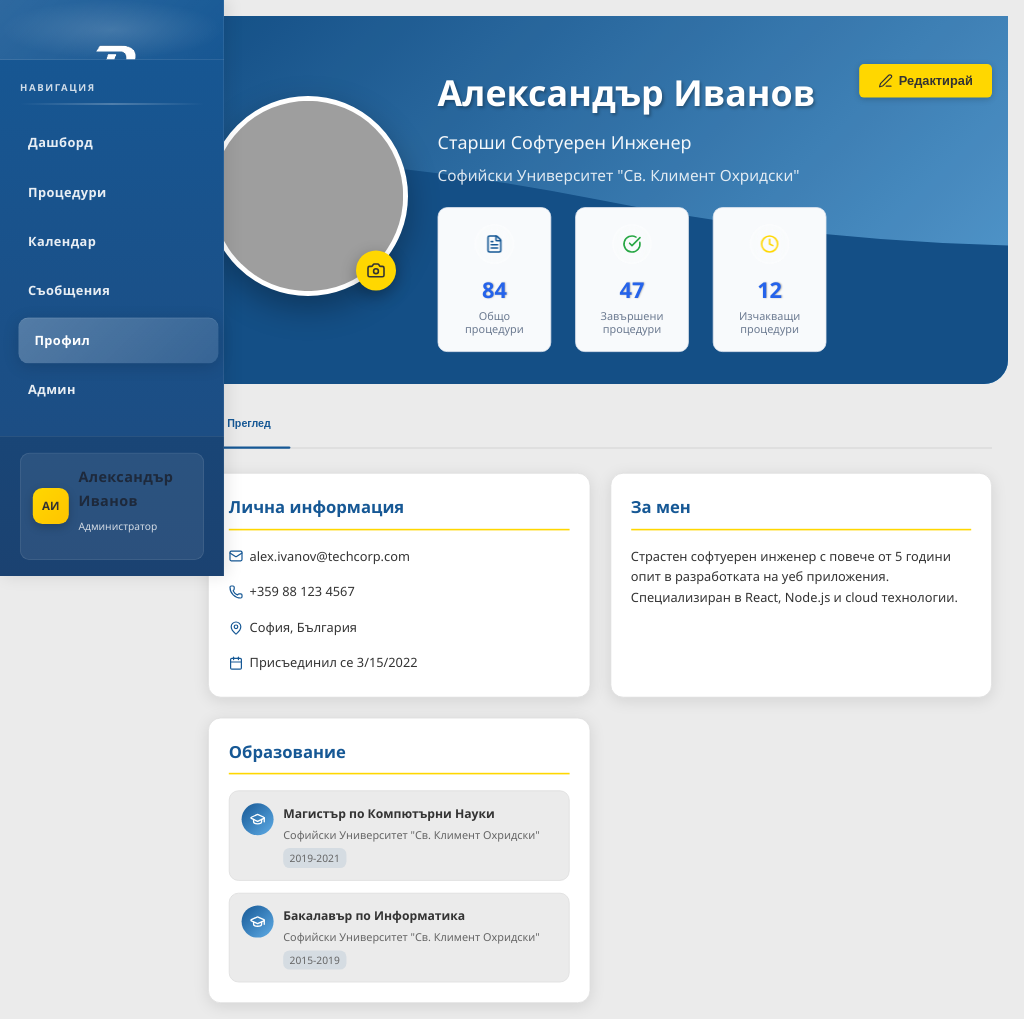
Repository: BorisSavianov/doxa-frontend
Page: /profile
The author's editor kept a copy of each file at every save. The page is drawn from the files as they stood at one save, then again after the next save.
The browser window is 1280 px wide. The pictures show the whole page, at 80% of full size.
Pictures or frames that could not be fetched are drawn as grey boxes. The project was rebuilt for these pictures with package versions that can differ from the ones it lists, and the page was loaded fresh each time. Also part of the build but not shown: vite.config.js, src/components/Layout/Header.jsx, src/pages/Dashboard.jsx, src/pages/Inbox.css, src/pages/Inbox.jsx, src/pages/Calendar.css, src/pages/Calendar.jsx, src/pages/Admin.jsx and 2 more.

Above is the page before, as saved 2025-10-24 15:12:20.

After the next save:
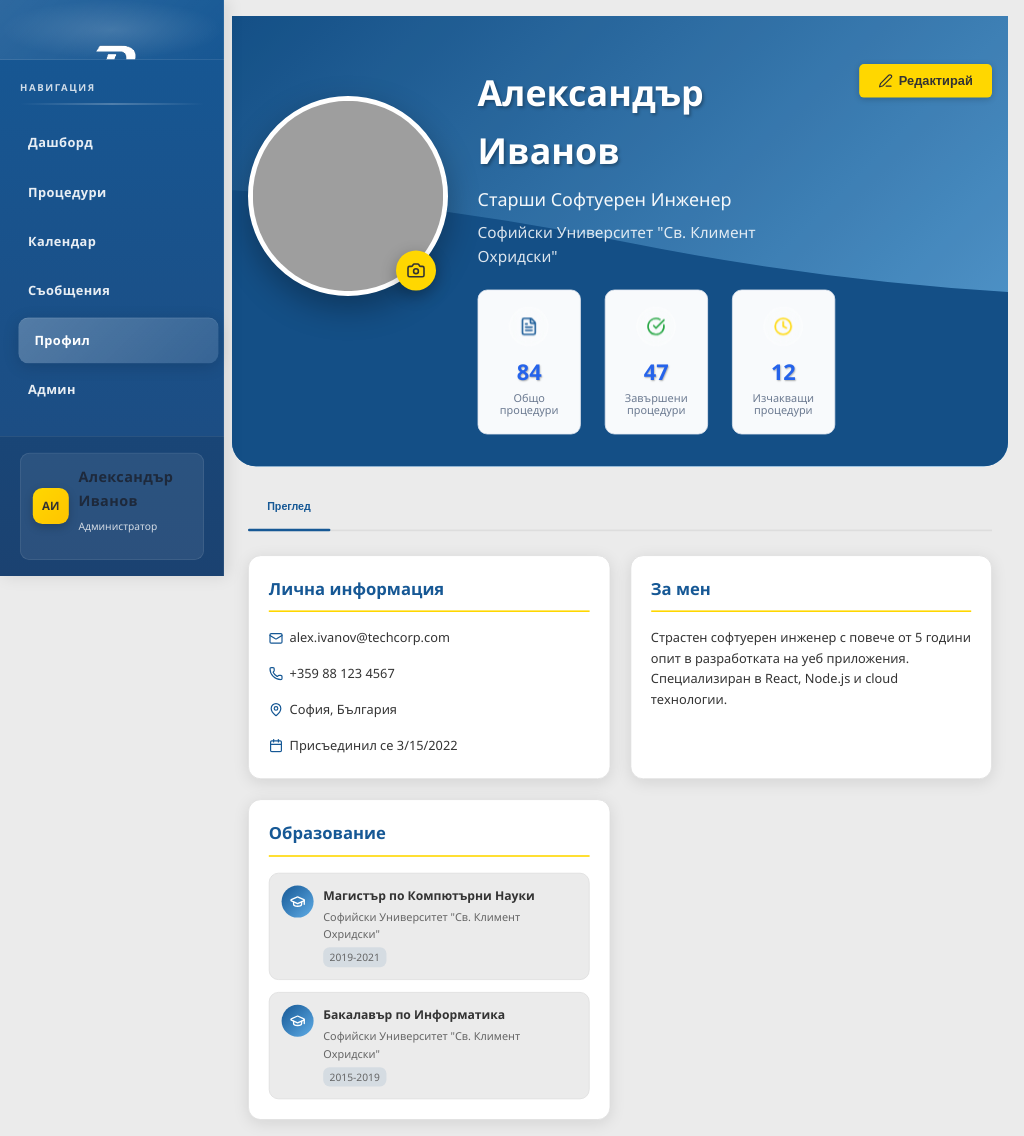
Saved 7 s later.
--- a/src/styles/globals.css
+++ b/src/styles/globals.css
@@ -52,7 +52,7 @@ body {
 .main-content {
   flex: 1;
   padding: 20px;
-  margin-left: 220px;
+  margin-left: 270px;
   transition: var(--transition);
   background: var(--background);
 }
